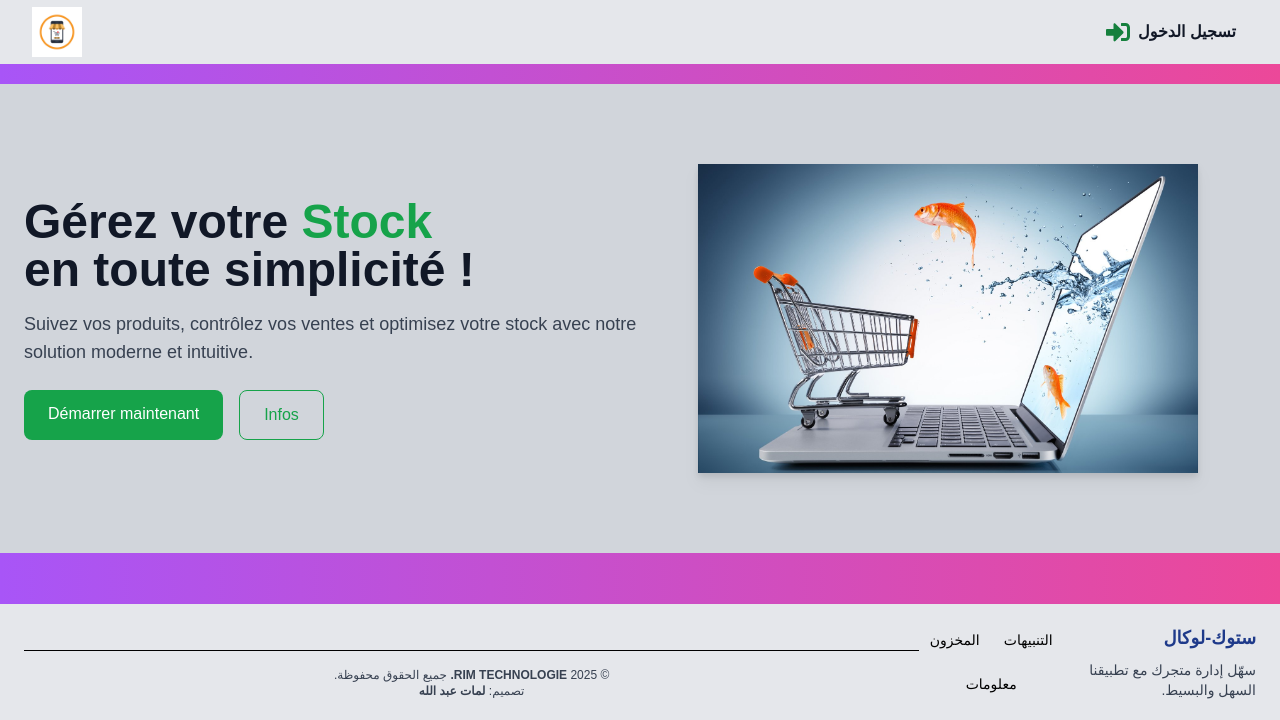
Repository: lamatmed/stock-mr
Page: /
The author's editor kept a copy of each file at every save. The page is drawn from the files as they stood at one save, then again after the next save.
The browser window is 1280 px wide. The pictures show the whole page.
The page's requests for data from a server got no answer. The project was rebuilt for these pictures with package versions that can differ from the ones it lists, and the page was loaded fresh each time. Some packages were replaced by stand-ins written for this rebuild. The framework's server and built-in components were replaced by stand-ins that run in the browser. No one was signed in, and anything a server would have sent is missing. Also part of the build but not shown: next.config.ts.

Above is the page before, as saved 2025-04-14 22:04:24.

### app/layout.tsx
/* eslint-disable @typescript-eslint/no-unused-vars */
import type { Metadata } from "next";
import { Geist, Geist_Mono } from "next/font/google";
import "./globals.css";
import Footer from "./components/Footer";
import { ToastContainer } from "react-toastify";
import Header from "./components/Header";
import Background from "./components/Background"; // Import du fond animé

const geistSans = Geist({
  variable: "--font-geist-sans",
  subsets: ["latin"],
});

const geistMono = Geist_Mono({
  variable: "--font-geist-mono",
  subsets: ["latin"],
});

export const metadata: Metadata = {
  title: "Stock-Local",
  description: "Application de gestion de stock de Lamat Abdellahi",
  icons: {
    icon: "/logo.svg", // Remplace par le chemin de ton icône
    shortcut: "/logo.png",
    apple: "/logo.png",
  },
};

export default function RootLayout({
  children,
}: Readonly<{
  children: React.ReactNode;
}>) {
  return (
    <html lang="fr">
      <body className={`${geistSans.variable} ${geistMono.variable} antialiased relative`}>
        <Background /> {/* Ajout du fond animé ici */}

        <div className="min-h-screen flex flex-col relative z-10">
          <Header />
          <main className="flex-grow">{children}</main>
          <Footer />
        </div>

        <ToastContainer />
      </body>
    </html>
  );
}

### app/page.tsx
"use client";
import { useState, useEffect } from "react";
import Image from "next/image";
import Link from "next/link";
import Loader from "./components/Loader";

const Hero = () => {
  const [loading, setLoading] = useState(true);

  useEffect(() => {
    setTimeout(() => setLoading(false), 1500); // Simule un chargement de 1.5s
  }, []);

  return (
    <section className="relative bg-gray-300 py-20 mt-5">
      <div className="container mx-auto px-6 flex flex-col-reverse lg:flex-row items-center justify-between">
        {loading ? (
          // Loader
          <div className="w-full flex justify-center items-center min-h-[400px]">
            <Loader/>
          </div>
        ) : (
          <>
            {/* Texte */}
            <div className="lg:w-1/2 text-center lg:text-left">
              <h1 className="text-4xl font-bold text-gray-900 sm:text-5xl">
                Gérez votre <span className="text-green-600">Stock</span> <br /> en toute simplicité !
              </h1>
              <p className="mt-4 text-lg text-gray-700">
                Suivez vos produits, contrôlez vos ventes et optimisez votre stock avec notre solution moderne et intuitive.
              </p>
              <div className="mt-6 flex justify-center lg:justify-start space-x-4">
                <Link
                  href="/login"
                  className="px-6 py-3 text-white bg-green-600 rounded-lg hover:text-white hover:bg-blue-800 transition"
                >
                  Démarrer maintenant
                </Link>
                <Link
                  href="/about"
                  className="px-6 py-3 text-green-600 border border-green-600 rounded-lg hover:bg-green-600 hover:text-white transition"
                >
                  Infos
                </Link>
              </div>
            </div>

            {/* Image */}
            <div className="lg:w-1/2 flex justify-center">
              <Image
                src="/R.jpg" // Remplace avec une vraie image
                alt="Gestion de stock"
                width={500}
                height={500}
                className="drop-shadow-lg"
              />
            </div>
          </>
        )}
      </div>
    </section>
  );
};

export default Hero;

### app/globals.css
@tailwind base;
@tailwind components;
@tailwind utilities;


:root {
  --background: #ffffff;
  --foreground: #171717;
}

@theme inline {
  --color-background: var(--background);
  --color-foreground: var(--foreground);
  --font-sans: var(--font-geist-sans);
  --font-mono: var(--font-geist-mono);
}

@media (prefers-color-scheme: dark) {
  :root {
    --background: #0a0a0a;
    --foreground: #ededed;
  }
}

body {
  background: var(--background);
  color: var(--foreground);
  font-family: Arial, Helvetica, sans-serif;
}
@font-face {
  font-family: 'Geist';
  src: url('/fonts/Geist-Regular.woff2') format('woff2'),
       url('/fonts/Geist-Regular.ttf') format('truetype');
  font-weight: 400;
  font-style: normal;
}

@font-face {
  font-family: 'Geist Mono';
  src: url('/fonts/GeistMono-Regular.woff2') format('woff2'),
       url('/fonts/GeistMono-Regular.ttf') format('truetype');
  font-weight: 400;
  font-style: normal;
}

### app/components/Footer.tsx
'use client';

import Link from "next/link";

const Footer = () => {
  return (
    <footer className="w-full py-5 bg-gray-200 shadow-md" dir="rtl">
      <div className="flex flex-col md:flex-row items-center justify-between px-6 mx-auto max-w-7xl">
        <div className="flex flex-col items-center justify-between sm:flex-row">
          {/* الشعار والوصف */}
          <div className="mb-4 sm:mb-0 text-center sm:text-right">
            <Link href="/">
              <span className="text-lg font-bold text-blue-900">ستوك-لوكال</span>
            </Link>
            <p className="mt-2 text-sm text-gray-700">
              سهّل إدارة متجرك مع تطبيقنا السهل والبسيط.
            </p>
          </div>

          {/* روابط سريعة */}
          <div className="flex flex-wrap justify-center gap-6 text-sm mt-4 sm:mt-0">
            <Link href="/alerts" className="text-black hover:bg-blue-300 transition">
              التنبيهات
            </Link>
            <Link href="/stock" className="text-black hover:bg-blue-300 transition">
              المخزون
            </Link>
            <Link href="/about" className="text-black hover:bg-blue-300 transition">
              معلومات
            </Link>
          </div>
        </div>

        <div className="mt-6 border-t border-black pt-4 text-center w-full">
          <p className="text-xs text-gray-700">
            © {new Date().getFullYear()} <span className="text-primary font-bold">RIM TECHNOLOGIE.</span> جميع الحقوق محفوظة.
          </p>
          <p className="text-xs text-gray-700">
            تصميم: <span className="font-bold">لمات عبد الله</span>
          </p>
        </div>
      </div>
    </footer>
  );
};

export default Footer;

### app/components/Header.tsx
'use client';
import { useState, useEffect } from "react";
import Image from "next/image";
import Link from "next/link";
import logo from "../../public/lok.jpg";
import { FaSignInAlt, FaSignOutAlt, FaBars, FaTimes, FaProductHunt, FaFileInvoiceDollar, FaUserTie } from "react-icons/fa";
import { LuLayoutDashboard } from "react-icons/lu";
import { MdAddBox, MdProductionQuantityLimits } from "react-icons/md";
import { FaCartShopping, FaUsersBetweenLines } from "react-icons/fa6";

import Swal from "sweetalert2";
import { useRouter } from "next/navigation";
import { FiAlertTriangle } from "react-icons/fi";

interface User {
  nom: string;
  admin: boolean;
}

const Header = () => {
  const [isMenuOpen, setIsMenuOpen] = useState(false);
  const [user, setUser] = useState<User | null>(null);
  const [admin, setAdmin] = useState(false);
  const router = useRouter();

  const fetchUser = async () => {
    try {
      const response = await fetch("/api/user");
      if (response.ok) {
        const userData = await response.json();
        setUser(userData);
        setAdmin(userData.admin);
      } else {
        setUser(null);
        setAdmin(false);
      }
    } catch (error) {
      console.error("خطأ في جلب المستخدم:", error);
      setUser(null);
      setAdmin(false);
    }
  };

  useEffect(() => {
    fetchUser();
    const interval = setInterval(fetchUser, 5000);
    return () => clearInterval(interval);
  }, []);

  const handleSignOut = async () => {
    try {
      const result = await Swal.fire({
        title: "هل أنت متأكد أنك تريد تسجيل الخروج؟",
        text: "ستحتاج إلى تسجيل الدخول مرة أخرى للوصول إلى حسابك.",
        icon: "warning",
        showCancelButton: true,
        confirmButtonColor: "#d33",
        cancelButtonColor: "#3085d6",
        confirmButtonText: "نعم، تسجيل الخروج",
        cancelButtonText: "إلغاء",
      });

      if (!result.isConfirmed) return;

      await fetch("/api/logout", { method: "POST" });
      setUser(null);
      setAdmin(false);

      Swal.fire({
        icon: "success",
        title: "تم تسجيل الخروج بنجاح",
        text: "تم تسجيل خروجك بنجاح.",
        confirmButtonText: "موافق",
      });

      router.push("/");
    } catch (error) {
      console.error("خطأ أثناء تسجيل الخروج:", error);
      Swal.fire({
        icon: "error",
        title: "خطأ",
        text: "حدث خطأ أثناء تسجيل الخروج.",
        confirmButtonText: "موافق",
      });
    }
  };

  return (
    <header className="bg-gray-200">
      <nav className="px-4 mx-auto max-w-7xl sm:px-6 lg:px-8">
        <div className="flex items-center justify-between h-16">
          <div className="flex items-center">
            <Link href="/">
              <Image src={logo} alt="stok-app" width={50} height={50} />
            </Link>
            <div className="hidden md:block">
              <div className="flex items-baseline ml-10 space-x-4">
                {user && (
                  <>
                    {admin && (
                      <>
                        <Link href="/products" className="px-3 py-2 text-sm font-medium text-gray-800 rounded-md hover:bg-gray-700 hover:text-white">
                          <FaProductHunt className="text-blue-500" size={24} /> المنتجات
                        </Link>
                        <Link href="/commandes" className="px-3 py-2 text-sm font-medium text-gray-800 rounded-md hover:bg-gray-700 hover:text-white">
                          <FaFileInvoiceDollar className="text-blue-500" size={24} /> الفواتير
                        </Link>
                        <Link href="/update" className="px-3 py-2 text-sm font-medium text-gray-800 rounded-md hover:bg-gray-700 hover:text-white">
                          <MdAddBox className="text-blue-500" size={24} /> إضافة
                        </Link>
                      </>
                    )}
                    <Link href="/sales" className="px-3 py-2 text-sm font-medium text-gray-800 rounded-md hover:bg-gray-700 hover:text-white">
                      <FaCartShopping className="text-blue-500" size={24} /> بيع
                    </Link>
                    <Link href="/stock" className="px-3 py-2 text-sm font-medium text-gray-800 rounded-md hover:bg-gray-700 hover:text-white">
                      <MdProductionQuantityLimits className="text-blue-500" size={24} /> المخزون
                    </Link>
                    <Link href="/clients" className="px-3 py-2 text-sm font-medium text-gray-800 rounded-md hover:bg-gray-700 hover:text-white">
                      <FaUsersBetweenLines className="text-blue-500" size={24} /> الزبائن
                    </Link>
                    <Link href="/alerts" className="px-3 py-2 text-sm font-medium text-gray-800 rounded-md hover:bg-gray-700 hover:text-white">
                      <FiAlertTriangle className="text-red-500" size={24} /> التنبيهات
                    </Link>
                  </>
                )}
              </div>
            </div>
          </div>

          <div className="flex items-center ml-auto">
            {!user && (
              <Link href="/login" className="mr-3 text-gray-900 hover:bg-blue-600 font-bold">
                <FaSignInAlt className="inline mr-1 text-green-700 text-2xl" /> تسجيل الدخول
              </Link>
            )}
            {user && (
              <>
                {admin && (
                  <div className="flex flex-wrap sm:flex-nowrap items-center gap-2 sm:gap-4">
                    <Link href="/users" className="flex items-center text-gray-900 hover:bg-blue-200 font-bold p-1 sm:p-2 rounded text-sm sm:text-base">
                      <FaUserTie className="mr-1 sm:mr-2 text-blue-700" size={24} /> المستخدمين
                    </Link>
                    <Link href="/dashboard" className="flex items-center text-gray-900 hover:bg-blue-200 font-bold p-1 sm:p-2 rounded text-sm sm:text-base">
                      <LuLayoutDashboard className="mr-1 sm:mr-2 text-green-700" size={24} /> لوحة التحكم
                    </Link>
                  </div>
                )}
                <button
                  onClick={handleSignOut}
                  className="mx-3 text-gray-900 hover:bg-blue-200 font-bold"
                >
                  <FaSignOutAlt className="inline mr-1 text-red-700 text-2xl" /> تسجيل الخروج
                </button>
              </>
            )}
            <button
              onClick={() => setIsMenuOpen(!isMenuOpen)}
              className="text-gray-800 md:hidden hover:text-gray-600"
            >
              {isMenuOpen ? <FaTimes size={24} /> : <FaBars size={24} />}
            </button>
          </div>
        </div>
      </nav>

      {isMenuOpen && (
        <div className="bg-gray-200 md:hidden">
          <div className="px-2 pt-2 pb-3 space-y-1 sm:px-3">
            {user && (
              <>
                {admin && (
                  <>
                    <Link href="/products" className="block px-3 py-2 text-base font-medium text-gray-800 rounded-md hover:bg-gray-700 hover:text-white">
                      <FaProductHunt className="inline mr-1" /> المنتجات
                    </Link>
                    <Link href="/commandes" className="block px-3 py-2 text-base font-medium text-gray-800 rounded-md hover:bg-gray-700 hover:text-white">
                      <FaFileInvoiceDollar className="inline mr-1" /> الفواتير
                    </Link>
                    <Link href="/update" className="block px-3 py-2 text-base font-medium text-gray-800 rounded-md hover:bg-gray-700 hover:text-white">
                      <MdAddBox className="inline mr-1" /> إضافة
                    </Link>
                  </>
                )}
                <Link href="/stock" className="block px-3 py-2 text-base font-medium text-gray-800 rounded-md hover:bg-gray-700 hover:text-white">
                  <MdProductionQuantityLimits className="inline mr-1" /> المخزون
                </Link>
                <Link href="/sales" className="block px-3 py-2 text-base font-medium text-gray-800 rounded-md hover:bg-gray-700 hover:text-white">
                  <FaCartShopping className="inline mr-1" /> بيع
                </Link>
                <Link href="/clients" className="block px-3 py-2 text-base font-medium text-gray-800 rounded-md hover:bg-gray-700 hover:text-white">
                  <FaUsersBetweenLines className="inline mr-1" /> الزبائن
                </Link>
                <Link href="/alerts" className="block px-3 py-2 text-base font-medium text-gray-800 rounded-md hover:bg-gray-700 hover:text-white">
                  <FiAlertTriangle className="text-red-500 inline mr-2" /> التنبيهات
                </Link>
              </>
            )}
          </div>
        </div>
      )}
    </header>
  );
};

export default Header;

### app/components/Background.tsx
"use client";
import { motion } from "framer-motion";

const Background = () => {
  return (
    <motion.div
      className="absolute inset-0 bg-gradient-to-r from-purple-500 to-pink-500 -z-10"
      initial={{ opacity: 0 }}
      animate={{ opacity: 1 }}
      transition={{ duration: 1 }}
    />
  );
};

export default Background;

### app/components/Loader.tsx

import React from 'react';
import styled from 'styled-components';

const Loader = () => {
  return (
    <StyledWrapper>
      <div className="loader" />
    </StyledWrapper>
  );
}

const StyledWrapper = styled.div`
  .loader {
   position: relative;
   width: 2.5em;
   height: 2.5em;
   transform: rotate(165deg);
  }

  .loader:before, .loader:after {
   content: "";
   position: absolute;
   top: 50%;
   left: 50%;
   display: block;
   width: 0.5em;
   height: 0.5em;
   border-radius: 0.25em;
   transform: translate(-50%, -50%);
  }

  .loader:before {
   animation: before8 2s infinite;
  }

  .loader:after {
   animation: after6 2s infinite;
  }

  @keyframes before8 {
   0% {
    width: 0.5em;
    box-shadow: 1em -0.5em rgba(225, 20, 98, 0.75), -1em 0.5em rgba(111, 202, 220, 0.75);
   }

   35% {
    width: 2.5em;
    box-shadow: 0 -0.5em rgba(225, 20, 98, 0.75), 0 0.5em rgba(111, 202, 220, 0.75);
   }

   70% {
    width: 0.5em;
    box-shadow: -1em -0.5em rgba(225, 20, 98, 0.75), 1em 0.5em rgba(111, 202, 220, 0.75);
   }

   100% {
    box-shadow: 1em -0.5em rgba(225, 20, 98, 0.75), -1em 0.5em rgba(111, 202, 220, 0.75);
   }
  }

  @keyframes after6 {
   0% {
    height: 0.5em;
    box-shadow: 0.5em 1em rgba(61, 184, 143, 0.75), -0.5em -1em rgba(233, 169, 32, 0.75);
   }

   35% {
    height: 2.5em;
    box-shadow: 0.5em 0 rgba(61, 184, 143, 0.75), -0.5em 0 rgba(233, 169, 32, 0.75);
   }

   70% {
    height: 0.5em;
    box-shadow: 0.5em -1em rgba(61, 184, 143, 0.75), -0.5em 1em rgba(233, 169, 32, 0.75);
   }

   100% {
    box-shadow: 0.5em 1em rgba(61, 184, 143, 0.75), -0.5em -1em rgba(233, 169, 32, 0.75);
   }
  }

  .loader {
   position: absolute;
   top: calc(50% - 1.25em);
   left: calc(50% - 1.25em);
  }`;

export default Loader;

### tailwind.config.js
module.exports = {
    content: [
      "./pages/**/*.{js,ts,jsx,tsx}",  // Inclure tous les fichiers dans /pages
      "./components/**/*.{js,ts,jsx,tsx}",  // Inclure tous les fichiers dans /components
      "./app/**/*.{js,ts,jsx,tsx}",  // Pour Next.js 13+
    ],
    theme: {
      extend: {},
    },
    plugins: [],
  };

After the next save:
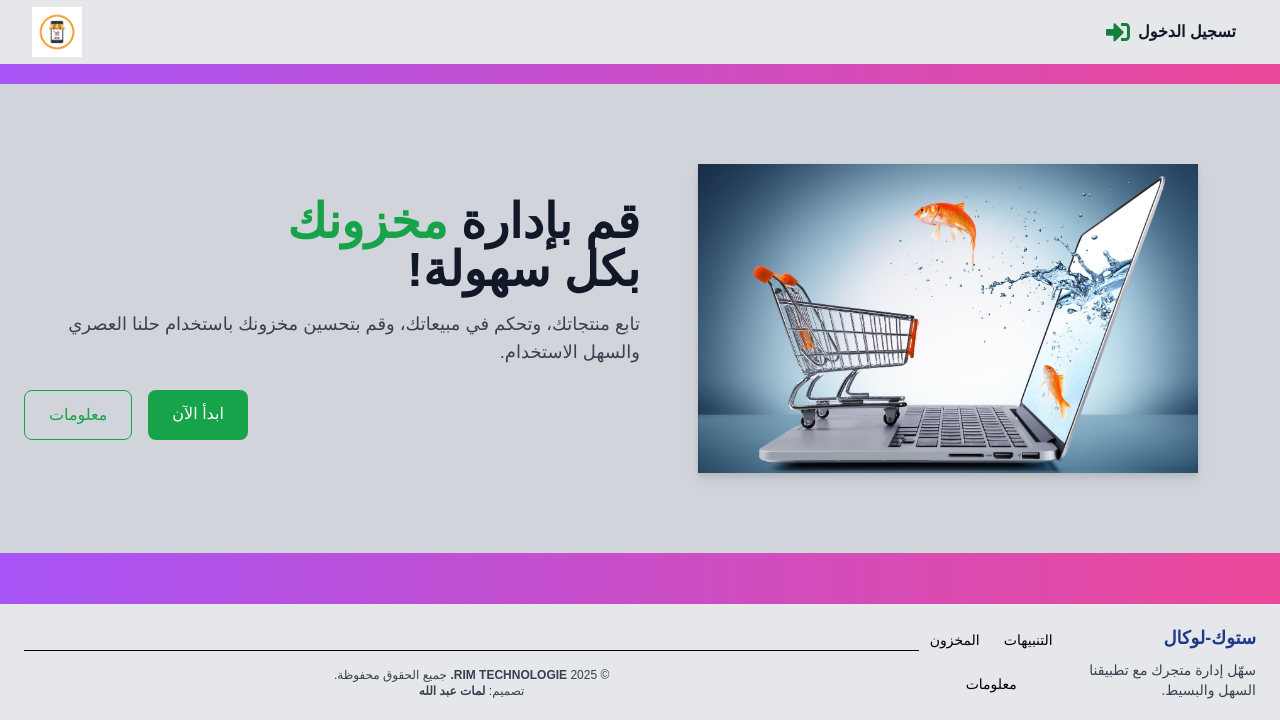
Saved 3 min 15 s later.
--- a/app/page.tsx
+++ b/app/page.tsx
@@ -17,39 +17,39 @@ const Hero = () => {
         {loading ? (
           // Loader
           <div className="w-full flex justify-center items-center min-h-[400px]">
-            <Loader/>
+            <Loader />
           </div>
         ) : (
           <>
-            {/* Texte */}
-            <div className="lg:w-1/2 text-center lg:text-left">
+            {/* Texte en arabe */}
+            <div className="lg:w-1/2 text-center lg:text-right" dir="rtl">
               <h1 className="text-4xl font-bold text-gray-900 sm:text-5xl">
-                Gérez votre <span className="text-green-600">Stock</span> <br /> en toute simplicité !
+                قم بإدارة <span className="text-green-600">مخزونك</span> <br /> بكل سهولة!
               </h1>
               <p className="mt-4 text-lg text-gray-700">
-                Suivez vos produits, contrôlez vos ventes et optimisez votre stock avec notre solution moderne et intuitive.
+                تابع منتجاتك، وتحكم في مبيعاتك، وقم بتحسين مخزونك باستخدام حلنا العصري والسهل الاستخدام.
               </p>
-              <div className="mt-6 flex justify-center lg:justify-start space-x-4">
+              <div className="mt-6 flex justify-center lg:justify-end space-x-reverse space-x-4">
                 <Link
                   href="/login"
                   className="px-6 py-3 text-white bg-green-600 rounded-lg hover:text-white hover:bg-blue-800 transition"
                 >
-                  Démarrer maintenant
+                  ابدأ الآن
                 </Link>
                 <Link
                   href="/about"
                   className="px-6 py-3 text-green-600 border border-green-600 rounded-lg hover:bg-green-600 hover:text-white transition"
                 >
-                  Infos
+                  معلومات
                 </Link>
               </div>
             </div>
 
-            {/* Image */}
+            {/* صورة */}
             <div className="lg:w-1/2 flex justify-center">
               <Image
-                src="/R.jpg" // Remplace avec une vraie image
-                alt="Gestion de stock"
+                src="/R.jpg"
+                alt="إدارة المخزون"
                 width={500}
                 height={500}
                 className="drop-shadow-lg"
